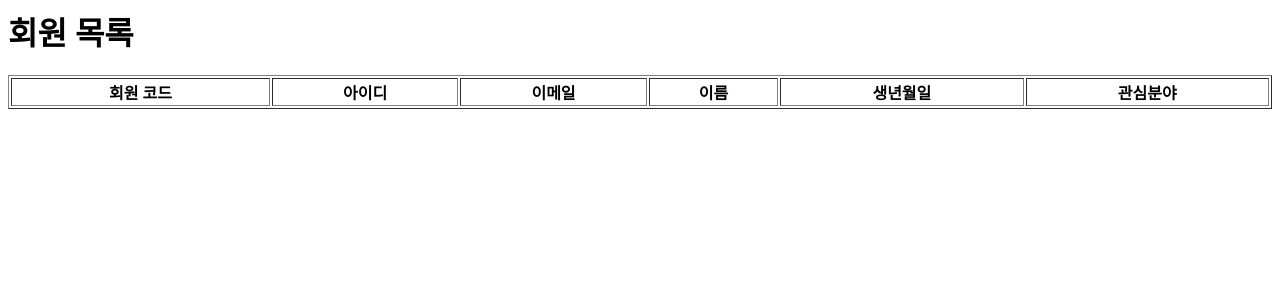
Repository: Pyoggit/JspStudy
Page: http://localhost/jspStudy/memberList
These files come from the project's save history. The page is drawn as it stood at one moment and after the next save; the edit follows.
The browser window is 1280 px wide. The pictures show the whole page.
The page is served by Tomcat 9. Queries for data that is not in the repository find no rows.

Above is the page before, as saved 2024-12-03 08:16:34.

After the next save:
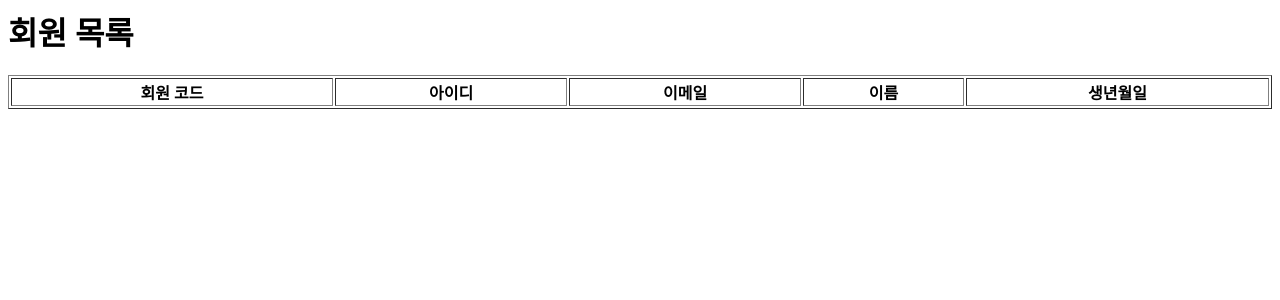
Saved 106 s later.
--- a/jspStudy/src/main/java/kr/co/dev/member/MemberList.java
+++ b/jspStudy/src/main/java/kr/co/dev/member/MemberList.java
@@ -36,7 +36,7 @@ public class MemberList extends HttpServlet {
         String url = "jdbc:oracle:thin:@127.0.0.1:1521:xe";
         String user = "webuser";
         String password = "123456";
-        String MEMBER_SELECT = "SELECT NO, ID, EMAIL, NAME, BIRTH_DATE, INTERESTS FROM MEMBER";
+        String MEMBER_SELECT = "SELECT NO, ID, EMAIL, NAME, BIRTH_DATE FROM MEMBER";
 
         try {
             Class.forName("oracle.jdbc.driver.OracleDriver");
@@ -56,7 +56,6 @@ public class MemberList extends HttpServlet {
             out.println("<th>이메일</th>");
             out.println("<th>이름</th>");
             out.println("<th>생년월일</th>");
-            out.println("<th>관심분야</th>");
             out.println("</tr>");
 
             while (rs.next()) {
@@ -66,7 +65,6 @@ public class MemberList extends HttpServlet {
                 out.println("<td>" + rs.getString("EMAIL") + "</td>");
                 out.println("<td>" + rs.getString("NAME") + "</td>");
                 out.println("<td>" + rs.getDate("BIRTH_DATE") + "</td>");
-                out.println("<td>" + rs.getString("INTERESTS") + "</td>");
                 out.println("</tr>");
             }
 
